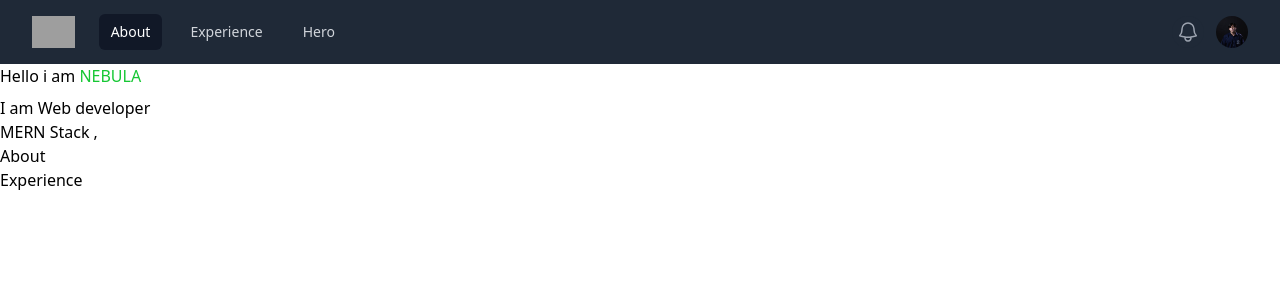
Repository: supakorn5039-boon/React-f
Page: /
The author's editor kept a copy of each file at every save. The page is drawn from the files as they stood at one save, then again after a run of saves.
The browser window is 1280 px wide. The pictures show the whole page.
Pictures or frames that could not be fetched are drawn as grey boxes. The project was rebuilt for these pictures with package versions that can differ from the ones it lists, and the page was loaded fresh each time. Also part of the build but not shown: vite.config.js.

Above is the page before, as saved 2024-01-09 10:53:38.

After the next 5 saves:
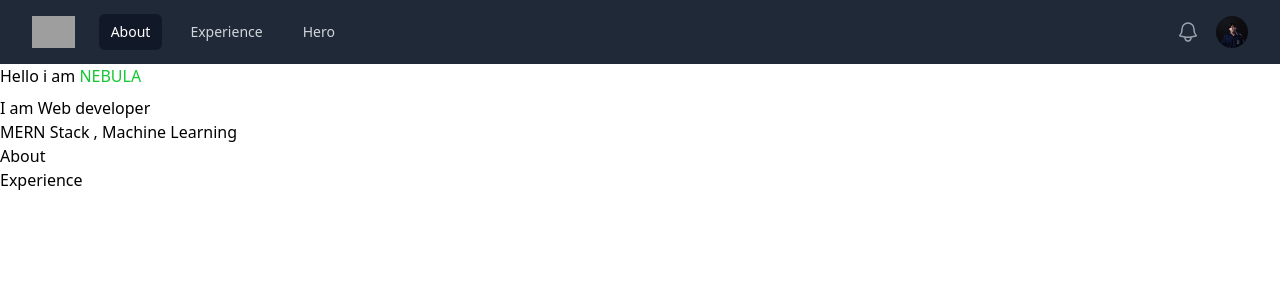
The 5 saves are shown as one change because they came seconds apart.
The last was saved 13 s later.
--- a/src/components/Hero.jsx
+++ b/src/components/Hero.jsx
@@ -8,7 +8,7 @@ export default function Hero() {
           </h1>
           <p className="heroSubText mt-2 text-white-100">
             I am Web developer <br/>
-            MERN Stack ,
+            MERN Stack , Machine Learning
           </p>
         </div>
       </div>
